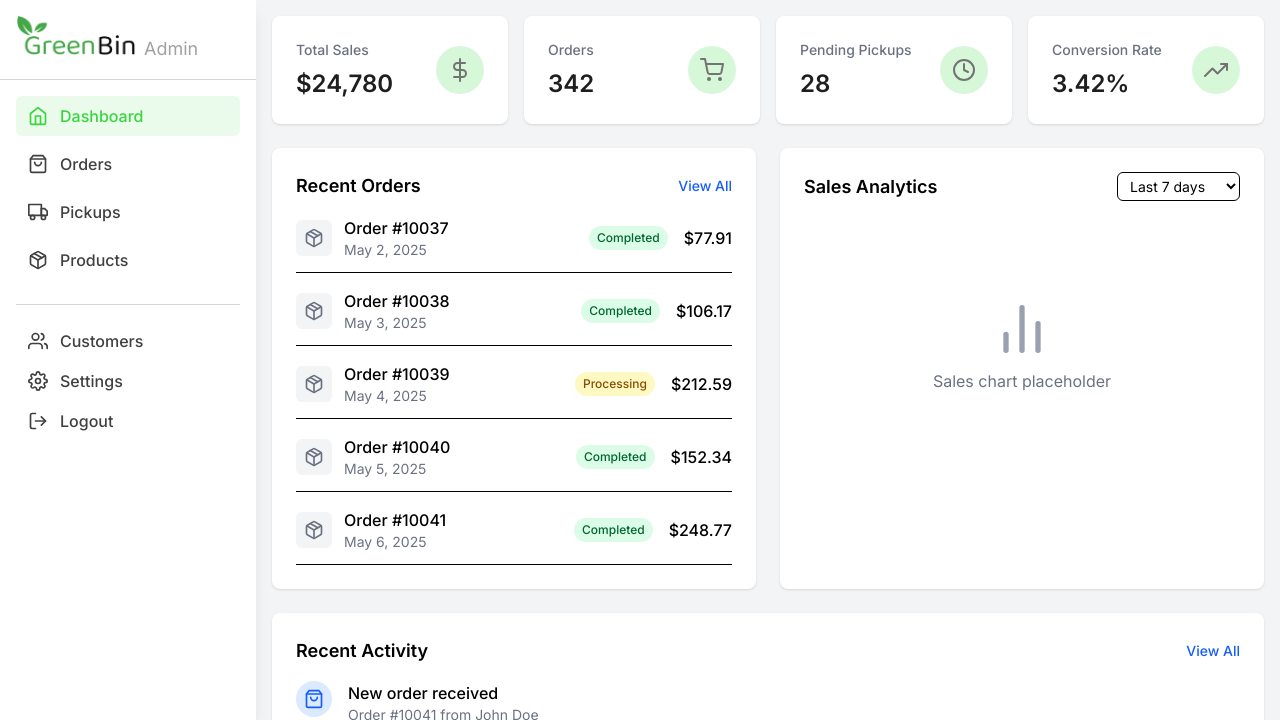
Repository: Siddhu123456/Plastic-Waste-Management
Page: /dashboard (app in frontend/)
The author's editor kept a copy of each file at every save. The page is drawn from the files as they stood at one save, then again after the next save.
The browser window is 1280 px wide. The pictures show the whole page.
An inner scrolling area shows only its first screen. The project was rebuilt for these pictures with package versions that can differ from the ones it lists, and the page was loaded fresh each time. Also part of the build but not shown: frontend/vite.config.js, frontend/src/components/ProductCard.jsx, frontend/src/components/TrendingProductsCarousel.jsx, frontend/src/pages/Home.jsx, frontend/src/components/FilterBar.jsx, frontend/src/components/Loader.jsx, frontend/src/pages/customer/Shop.jsx, frontend/src/pages/customer/Recycle.jsx and 22 more. Imported but missing from the stored project, and not drawn on this page: frontend/src/pages/Help, frontend/src/pages/customer/WishList.

Above is the page before, as saved 2025-05-06 21:11:35.

### frontend/src/index.css
@import url('https://fonts.googleapis.com/css2?family=Fugaz+One&family=Montserrat:ital@0;1&display=swap');
@import url('https://fonts.googleapis.com/css2?family=Inter:ital,opsz,wght@0,14..32,100..900;1,14..32,100..900&display=swap');
@import "tailwindcss";


@custom-variant dark (&:where(.dark, .dark *));


@theme{
  --color-ow : #f5f5f5;
  --color-dbg : #000803;
  --color-dsc : #1e221f;
  --color-dtc : #313532;
  --color-lgg : #3bd440;
  --color-tc : #1e1e1e;
  --color-lgd : #2aa12e;
  --color-bl: #1D2A35;
  --color-lg-trans : rgba(69, 167, 72, 0.3);
}

@layer components {
  .pri-btn {
    @apply text-white cursor-pointer text-center rounded-lg bg-lgg hover:bg-lgd transition duration-300
  }
  .white-btn {
    @apply text-lgg cursor-pointer text-center rounded-2xl bg-ow transition duration-300
  }
  .trans-btn{
    @apply border text-center rounded-2xl cursor-pointer border-lgg text-lgg hover:bg-lgg hover:text-white transition
  }

  .white-trans-btn{
    @apply border text-center rounded-2xl cursor-pointer border-white text-white transition duration-300
  }
}

@layer utilities{
  .no-scrollbar::-webkit-scrollbar {
    display: none;
}
.no-scrollbar {
    -ms-overflow-style: none;
    scrollbar-width: none;
}
}

:root{
  font-family: "Inter", sans-serif;
  background-color: #f5f5f5;
  box-sizing: border-box;
  overflow-x: hidden;
}


input[type='range'] {
  pointer-events: all;
  height: 0;
}

input[type='range']::-webkit-slider-thumb {
  appearance: none;
  height: 16px;
  width: 16px;
  background: #22c55e;
  border-radius: 9999px;
  cursor: pointer;
  border: none;
}

input[type='range']::-moz-range-thumb {
  height: 16px;
  width: 16px;
  background: #22c55e;
  border-radius: 9999px;
  cursor: pointer;
  border: none;
}

### frontend/src/App.jsx
import { CartProvider } from './components/CartContext.jsx';
import AppRoutes from './routes/AppRoutes.jsx'


const App = () => (
    <CartProvider>
        <AppRoutes />
    </CartProvider>
)

export default App;

### frontend/src/components/CartContext.jsx
import { createContext, useContext, useState } from "react";

const CartContext = createContext();

export const CartProvider = ({ children }) => {
  const [cartCount, setCartCount] = useState(0);

  return (
    <CartContext.Provider value={{ cartCount, setCartCount }}>
      {children}
    </CartContext.Provider>
  );
};

export const useCart = () => useContext(CartContext);

### frontend/src/routes/AppRoutes.jsx
import { BrowserRouter as Router, Routes, Route } from 'react-router-dom'

import Home from '../pages/Home'
import Help from '../pages/Help'
import Shop from '../pages/customer/Shop'
import Recycle from '../pages/customer/Recycle'
import Cart from '../pages/customer/Cart'
import WishList from '../pages/customer/WishList'
import ProductOverview from '../pages/customer/ProductOverview'
import ScrollToTop from './ScrollToTop'
import Layout from '../components/Layout'
import Wallet from '../pages/customer/Wallet'
import OrderHistory from '../pages/customer/OrderHistory'
import OrderSummary from '../pages/customer/OrderSummary'
import PickupHistory from '../pages/customer/PickupHistory'
import CustomerProfile from '../pages/customer/CustomerProfile'
import ProductForm from '../pages/admin/ProductForm'
import Dashboard from '../pages/admin/Dashboard'
import Orders from '../pages/admin/Orders'
import AdminLayout from '../pages/admin/AdminLayout'

const AppRoutes = () => {
  return (
    <Router>
      <ScrollToTop />
      <Routes>
        {/* Routes using main Layout */}
        <Route element={<Layout />}>
          <Route path='/' element={<Home />} />
          <Route path='/recycle' element={<Recycle />} />
          <Route path='/shop' element={<Shop />} />
          <Route path='/help' element={<Help />} />
          <Route path='/cart' element={<Cart />} />
          <Route path='/favorites' element={<WishList />} />
          <Route path='/wallet' element={<Wallet />} />
          <Route path='/product/:id' element={<ProductOverview />} />
          <Route path='/orders' element={<OrderHistory />} />
          <Route path='/orders/:id' element={<OrderSummary />} />
          <Route path='/pickups' element={<PickupHistory />} />
          <Route path='/cprofile' element={<CustomerProfile />} />
          <Route path='/pform' element={<ProductForm />} />
        </Route>

        <Route element={<AdminLayout />}>
          <Route path='/dashboard' element={<Dashboard />} />
          <Route path='/allorders' element={<Orders />} />
        </Route>

      </Routes>
    </Router>
  )
}

export default AppRoutes

### frontend/src/routes/ScrollToTop.jsx
import { useEffect } from "react";
import { useLocation } from "react-router-dom";

const ScrollToTop = () => {
    const {pathname} = useLocation()
    useEffect(() => {
        window.scrollTo(0,0)
    },[pathname])

    return null
}

export default ScrollToTop;

### frontend/src/pages/admin/Dashboard.jsx
import {
    FiDollarSign,
    FiShoppingCart,
    FiClock,
    FiTrendingUp,
    FiBarChart2,
    FiPackage,
    FiShoppingBag,
    FiCheckCircle,
    FiTruck,
    FiXCircle
  } from 'react-icons/fi';

  import StatCard from '../../components/StatCard';
  import ActivityItem from '../../components/ActivityItem';

  const Dashboard = () => {
    return (
      <div className="space-y-6">
        {/* Stats Cards */}
        <div className="grid grid-cols-1 sm:grid-cols-2 lg:grid-cols-4 gap-4">
          <StatCard
            title="Total Sales"
            value="$24,780"
            change="+12.5%"
            icon={<FiDollarSign className="h-6 w-6" />}
            positive
          />
          <StatCard
            title="Orders"
            value="342"
            change="+8.1%"
            icon={<FiShoppingCart className="h-6 w-6" />}
            positive
          />
          <StatCard
            title="Pending Pickups"
            value="28"
            change="-3.4%"
            icon={<FiClock className="h-6 w-6" />}
            positive={false}
          />
          <StatCard
            title="Conversion Rate"
            value="3.42%"
            change="+2.3%"
            icon={<FiTrendingUp className="h-6 w-6" />}
            positive
          />
        </div>

        {/* Recent Orders and Sales Chart */}
        <div className="grid grid-cols-1 lg:grid-cols-2 gap-6">
          <div className="bg-white rounded-lg shadow p-6">
            <div className="flex justify-between items-center mb-4">
              <h3 className="text-lg font-semibold">Recent Orders</h3>
              <button className="text-blue-600 text-sm font-medium">View All</button>
            </div>
            <div className="space-y-4">
              {/* Order Items */}
              {[1, 2, 3, 4, 5].map((order) => (
                <div key={order} className="flex justify-between items-center border-b pb-3">
                  <div className="flex items-center">
                    <div className="rounded-md bg-gray-100 p-2">
                      <FiPackage className="h-5 w-5 text-gray-500" />
                    </div>
                    <div className="ml-3">
                      <p className="font-medium">Order #{10036 + order}</p>
                      <p className="text-sm text-gray-500">May {order + 1}, 2025</p>
                    </div>
                  </div>
                  <div className="flex items-center">
                    <span className={`px-2 py-1 rounded-full text-xs font-medium ${
                      order % 3 === 0 ? 'bg-yellow-100 text-yellow-800' : 'bg-green-100 text-green-800'
                    }`}>
                      {order % 3 === 0 ? 'Processing' : 'Completed'}
                    </span>
                    <span className="ml-4 font-medium">${(Math.random() * 200 + 50).toFixed(2)}</span>
                  </div>
                </div>
              ))}
            </div>
          </div>

          <div className="bg-white rounded-lg shadow p-6">
            <div className="flex justify-between items-center mb-4">
              <h3 className="text-lg font-semibold">Sales Analytics</h3>
              <select className="text-sm border rounded-md px-2 py-1">
                <option>Last 7 days</option>
                <option>Last 30 days</option>
                <option>Last 90 days</option>
              </select>
            </div>
            <div className="h-64 flex items-center justify-center">
              <div className="text-center">
                <FiBarChart2 className="h-16 w-16 mx-auto text-gray-400" />
                <p className="mt-2 text-gray-500">Sales chart placeholder</p>
              </div>
            </div>
          </div>
        </div>

        {/* Recent Activity */}
        <div className="bg-white rounded-lg shadow p-6">
          <div className="flex justify-between items-center mb-4">
            <h3 className="text-lg font-semibold">Recent Activity</h3>
            <button className="text-blue-600 text-sm font-medium">View All</button>
          </div>
          <div className="space-y-4">
            <ActivityItem
              icon={<FiShoppingBag className="h-5 w-5" />}
              title="New order received"
              description="Order #10041 from John Doe"
              time="5 minutes ago"
            />
            <ActivityItem
              icon={<FiCheckCircle className="h-5 w-5" />}
              title="Order completed"
              description="Order #10038 has been delivered"
              time="2 hours ago"
            />
            <ActivityItem
              icon={<FiTruck className="h-5 w-5" />}
              title="Pickup scheduled"
              description="Order #10039 ready for pickup at 5:00 PM"
              time="3 hours ago"
            />
            <ActivityItem
              icon={<FiXCircle className="h-5 w-5" />}
              title="Order cancelled"
              description="Order #10036 has been cancelled"
              time="5 hours ago"
            />
          </div>
        </div>
      </div>
    );
  };

  export default Dashboard;

### frontend/src/pages/admin/AdminLayout.jsx
import React, { useState } from "react";
import { FiMenu } from "react-icons/fi";
import Sidebar from "../../components/Sidebar";
import { Outlet } from "react-router-dom";
import LogoGBB from '../../assets/images/logoGBB.png'


const AdminLayout = () => {
  const [sidebarOpen, setSidebarOpen] = useState(false);
  const [activePage, setActivePage] = useState('dashboard');

  const toggleSidebar = () => {
    setSidebarOpen(!sidebarOpen);
  };

  return (
    <div className="flex h-screen bg-gray-100 dark:bg-dsc">
      {/* Sidebar */}
      <Sidebar
        activePage={activePage}
        setActivePage={setActivePage}
        sidebarOpen={sidebarOpen}
        toggleSidebar={toggleSidebar}
      />

      {/* Main Content */}
      <div className="flex flex-col flex-1 xl:ml-64">
        {/* Top bar with menu toggle */}
        <header className="bg-white shadow-sm z-10 xl:hidden">
          <div className="px-4 py-1 flex items-center gap-4">
            <button
              onClick={toggleSidebar}
              className="mr-2 text-gray-600 focus:outline-none"
            >
              <FiMenu className="h-6 w-6" />
            </button>
            <div className=" flex items-baseline gap-2">
              <img className="w-30" src={LogoGBB} alt="GreenBin" />
              <p className="text-lg text-neutral-400">Admin</p>
            </div>
          </div>
        </header>

        {/* Page content */}
        <main className="flex-1 p-4 overflow-auto">
          <Outlet />
        </main>
      </div>

      {/* Overlay to close sidebar on mobile */}
      {sidebarOpen && (
        <div
          className="fixed inset-0 bg-black/50 z-40 xl:hidden"
          onClick={toggleSidebar}
        />
      )}
    </div>
  );
};

export default AdminLayout;

### frontend/src/components/StatCard.jsx
const StatCard = ({ title, value, icon }) => {
    return (
      <div className="bg-white rounded-lg shadow p-6">
        <div className="flex items-center justify-between">
          <div>
            <p className="text-sm font-medium text-gray-500">{title}</p>
            <p className="text-2xl text-tc font-semibold mt-2">{value}</p>
          </div>
          <div className="p-3 rounded-full text-neutral-500 bg-lgg/20">
            {icon}
          </div>
        </div>
      </div>
    );
  };

  export default StatCard;

### frontend/src/components/ActivityItem.jsx
const ActivityItem = ({ icon, title, description, time }) => {
    return (
      <div className="flex">
        <div className="mr-4">
          <div className="p-2 rounded-full bg-blue-100 text-blue-600">
            {icon}
          </div>
        </div>
        <div>
          <div className="font-medium">{title}</div>
          <div className="text-sm text-gray-500">{description}</div>
          <div className="text-xs text-gray-400 mt-1">{time}</div>
        </div>
      </div>
    );
  };

  export default ActivityItem;

### frontend/src/components/Sidebar.jsx
import {
  FiHome,
  FiShoppingBag,
  FiTruck,
  FiPackage,
  FiUsers,
  FiSettings,
  FiLogOut,
  FiX
} from 'react-icons/fi';
import LogoGBB from '../assets/images/logoGBB.png'
import SidebarItem from './SidebarItem';

const Sidebar = ({ activePage, setActivePage, sidebarOpen, toggleSidebar }) => {
  return (
    <div className={`fixed inset-y-0 left-0 top-0 z-50 w-64 bg-white shadow-lg transform transition-transform duration-200 xl:translate-x-0 ${sidebarOpen ? 'translate-x-0' : '-translate-x-full'}`}>
      <div className="flex items-center justify-between p-4 border-b border-neutral-300">
        <div className=" flex items-baseline gap-2">
          <img className="w-30" src={LogoGBB} alt="GreenBin" />
          <p className="text-lg text-neutral-400">Admin</p>
        </div>
        <button onClick={toggleSidebar} className="p-2 rounded-md xl:hidden">
          <FiX className="h-6 w-6" />
        </button>
      </div>
      <div className="p-4">
        <nav className="flex flex-col gap-2">
          <SidebarItem
            icon={<FiHome className="h-5 w-5" />}
            title="Dashboard"
            val="dashboard"
            active={activePage === 'dashboard'}
            onClick={() => setActivePage('dashboard')}
          />
          <SidebarItem
            icon={<FiShoppingBag className="h-5 w-5" />}
            title="Orders"
            val="allorders"
            active={activePage === 'orders'}
            onClick={() => setActivePage('orders')}
          />
          <SidebarItem
            icon={<FiTruck className="h-5 w-5" />}
            title="Pickups"
            active={activePage === 'pickups'}
            onClick={() => setActivePage('pickups')}
          />
          <SidebarItem
            icon={<FiPackage className="h-5 w-5" />}
            title="Products"
            active={activePage === 'products'}
            onClick={() => setActivePage('products')}
          />
          <div className="pt-4 mt-4 border-t border-neutral-300">
            <SidebarItem
              icon={<FiUsers className="h-5 w-5" />}
              title="Customers"
              active={activePage === 'customers'}
              onClick={() => setActivePage('customers')}
            />
            <SidebarItem
              icon={<FiSettings className="h-5 w-5" />}
              title="Settings"
              active={activePage === 'settings'}
              onClick={() => setActivePage('settings')}
            />
            <SidebarItem
              icon={<FiLogOut className="h-5 w-5" />}
              title="Logout"
              active={false}
            />
          </div>
        </nav>
      </div>
    </div>
  );
};

export default Sidebar;

### frontend/src/components/SidebarItem.jsx
import { Link } from "react-router-dom";

const SidebarItem = ({ icon, title,val, active, onClick }) => {
    return (
    <Link to={`/${val}`}>
          <button
        onClick={onClick}
        className={`flex items-center w-full px-3 py-2 rounded-md transition-colors cursor-pointer ${
          active ? 'bg-lgg/10 text-lgg' : 'text-neutral-700 hover:bg-lgg/10'
        }`}
      >
        <span className="mr-3">{icon}</span>
        <span className="font-medium">{title}</span>
      </button>
    </Link>
    )
  }

  export default SidebarItem;

Loaded but not shown: frontend/index.html (common file); frontend/src/main.jsx (common file)

After the next save:
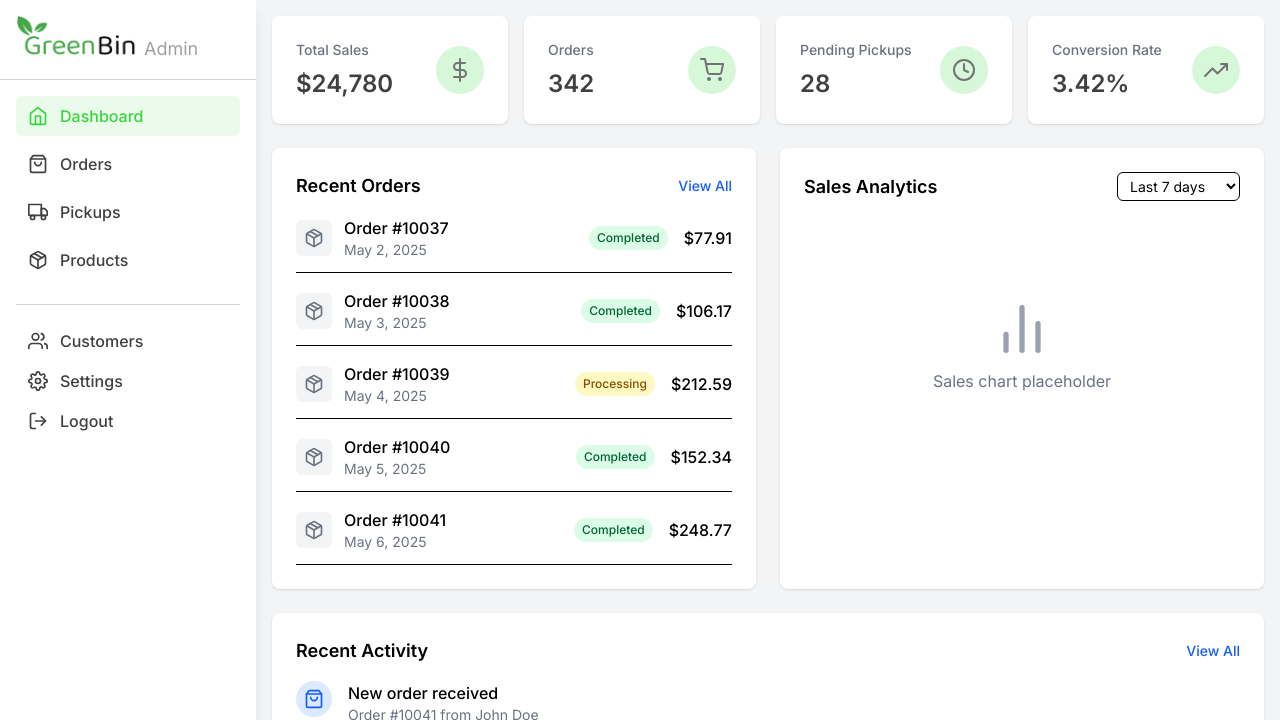
Saved 14 s later.
--- a/frontend/src/components/StatCard.jsx
+++ b/frontend/src/components/StatCard.jsx
@@ -4,7 +4,7 @@ const StatCard = ({ title, value, icon }) => {
         <div className="flex items-center justify-between">
           <div>
             <p className="text-sm font-medium text-gray-500">{title}</p>
-            <p className="text-2xl text-tc font-semibold mt-2">{value}</p>
+            <p className="text-2xl text-neutral-700 font-semibold mt-2">{value}</p>
           </div>
           <div className="p-3 rounded-full text-neutral-500 bg-lgg/20">
             {icon}
